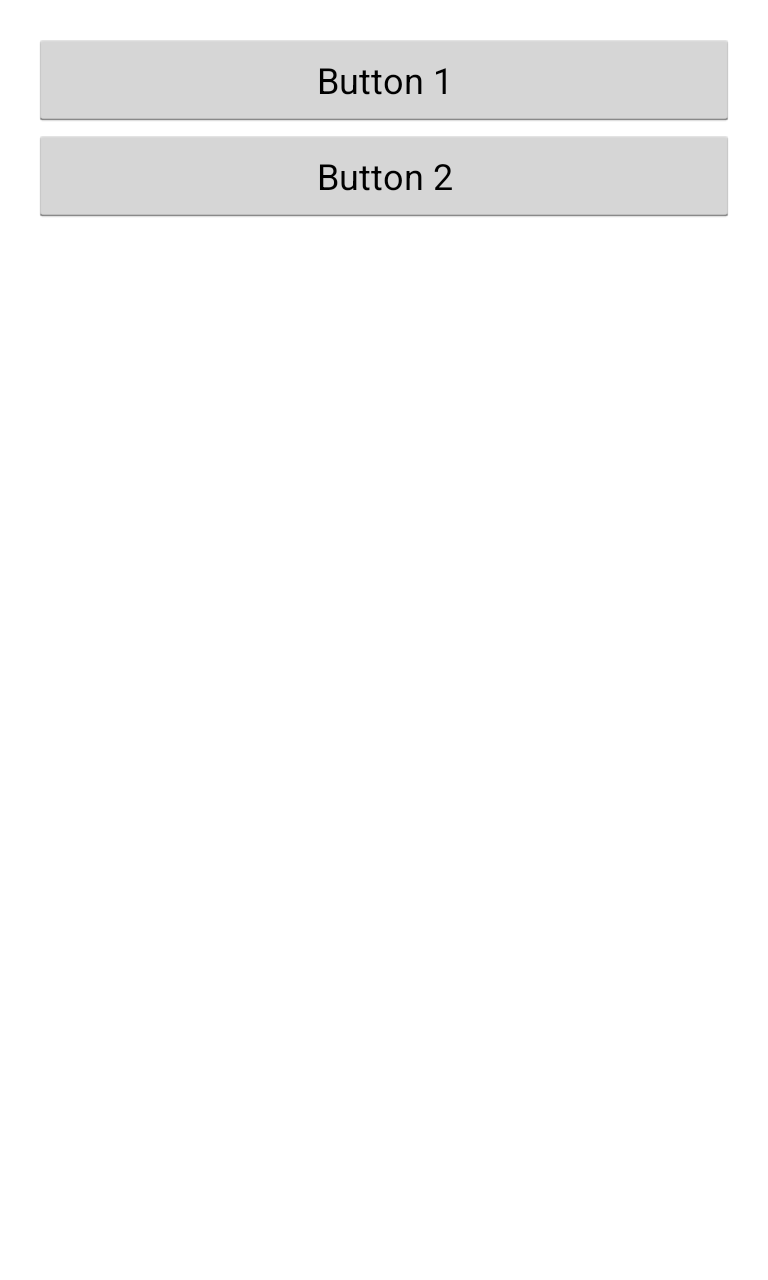
Repository: Cappo/ACM-Android-Development-SIG
Layout: Cappo/res/layout/menu.xml
An editor plug-in stored every save of this project. The layout is shown before and after the next save, followed by the edit.
It is drawn on a 768 x 1280 px phone screen (xhdpi) without system bars, with theme AppTheme; the app's code is not run.

Above is the layout before, as saved 2013-09-15 00:56:13.

After the next save:
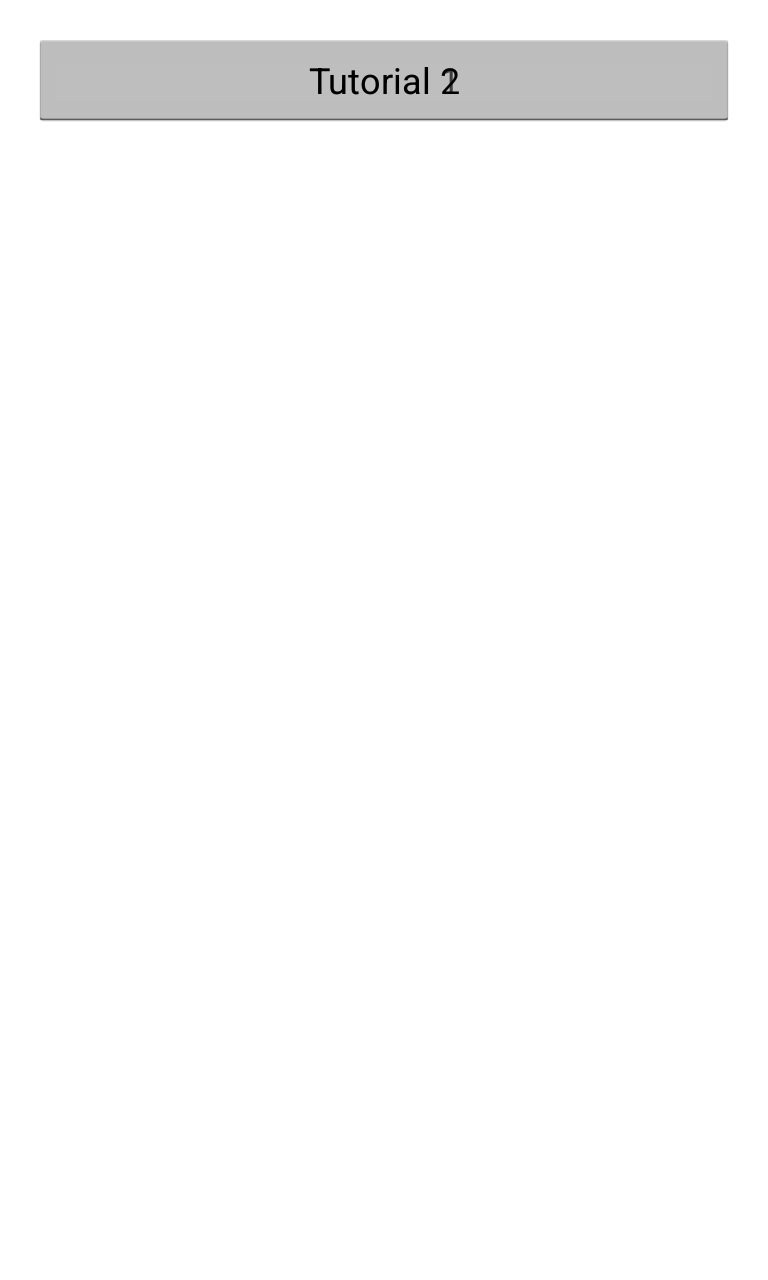
Saved 3 min 57 s later.
--- a/Cappo/res/layout/menu.xml
+++ b/Cappo/res/layout/menu.xml
@@ -9,20 +9,20 @@
     tools:context=".Splash" >
 
     <Button
-        android:id="@+id/button1"
+        android:id="@+id/tutorial1"
         android:layout_width="match_parent"
         android:layout_height="wrap_content"
         android:layout_alignParentTop="true"
         android:layout_centerHorizontal="true"
-        android:text="Button 1" />
+        android:text="Tutorial 1" />
 
     <Button
-        android:id="@+id/button2"
+        android:id="@+id/tutorial2"
         android:layout_width="match_parent"
         android:layout_height="wrap_content"
         android:layout_alignLeft="@+id/button1"
         android:layout_below="@+id/button1"
-        android:text="Button 2" />
+        android:text="Tutorial 2" />
 
 
 </RelativeLayout>

After the save that followed:
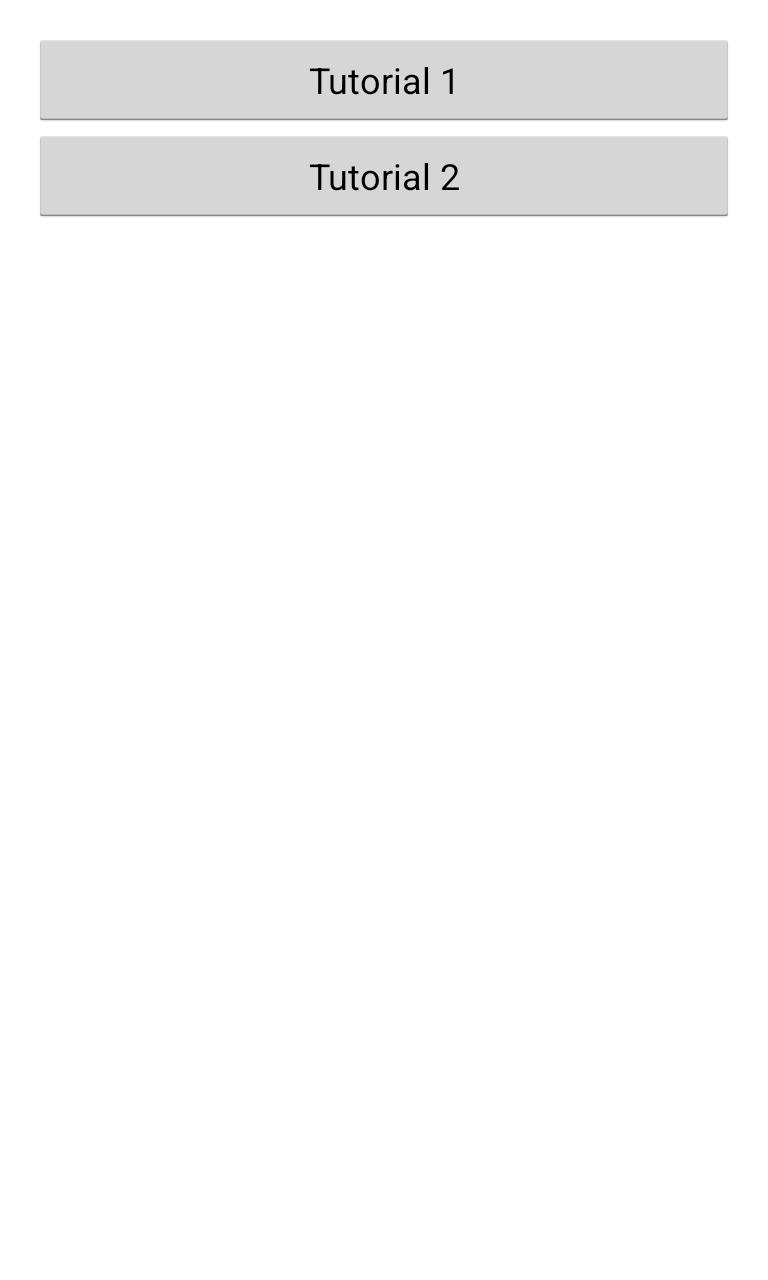
Saved 25 s later.
--- a/Cappo/res/layout/menu.xml
+++ b/Cappo/res/layout/menu.xml
@@ -20,8 +20,8 @@
         android:id="@+id/tutorial2"
         android:layout_width="match_parent"
         android:layout_height="wrap_content"
-        android:layout_alignLeft="@+id/button1"
-        android:layout_below="@+id/button1"
+        android:layout_alignLeft="@+id/tutorial1"
+        android:layout_below="@+id/tutorial1"
         android:text="Tutorial 2" />
 
 
